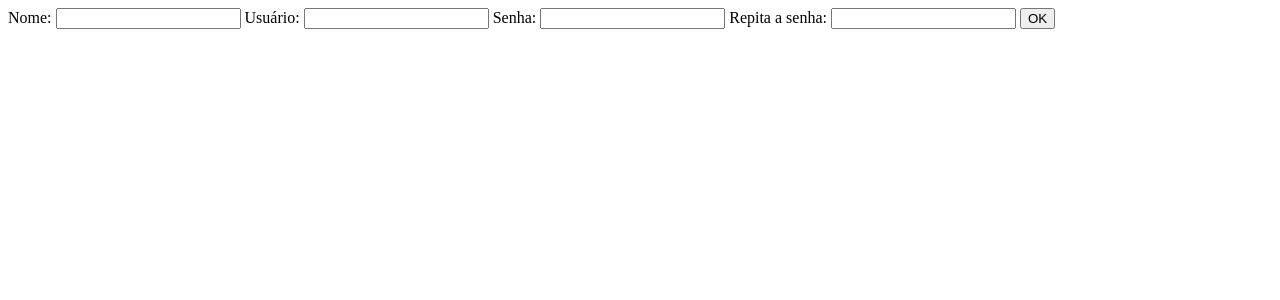
Repository: shamanickCoder/FIAP
Page: http://localhost/09-Livro/cadastro-usuario.jsp
The author's editor kept a copy of each file at every save. The page is drawn from the files as they stood at one save, then again after the next save.
The browser window is 1280 px wide. The pictures show the whole page.
The page is served by Tomcat 9.

Above is the page before, as saved 2016-09-15 11:23:16.

After the next save:
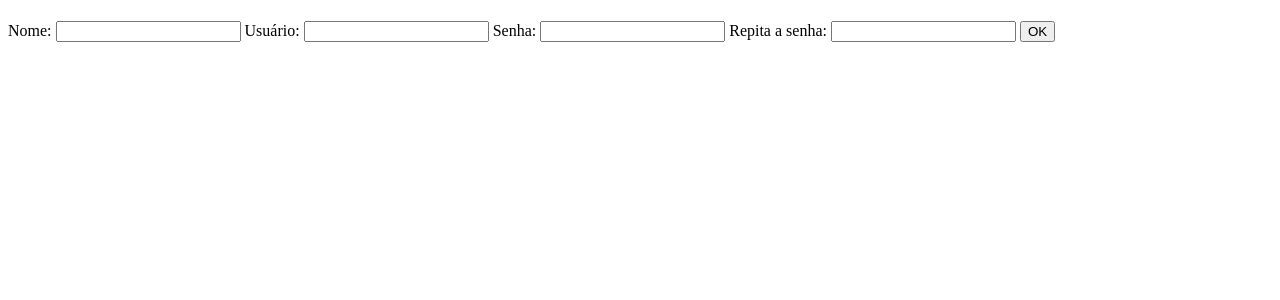
Saved 4 min 6 s later.
--- a/Desenvolvimentos de Sistemas Web/2 semestre/SegundoSemestre/09-Livro/WebContent/cadastro-usuario.jsp
+++ b/Desenvolvimentos de Sistemas Web/2 semestre/SegundoSemestre/09-Livro/WebContent/cadastro-usuario.jsp
@@ -9,6 +9,7 @@
 </head>
 <body>
 <div>
+<h1>${erro}</h1>
  <form method = "post" action = "cadastrarUsuario">
   <label>Nome: </label>
   <input type = "text" name = "nome" id = "idNome">
